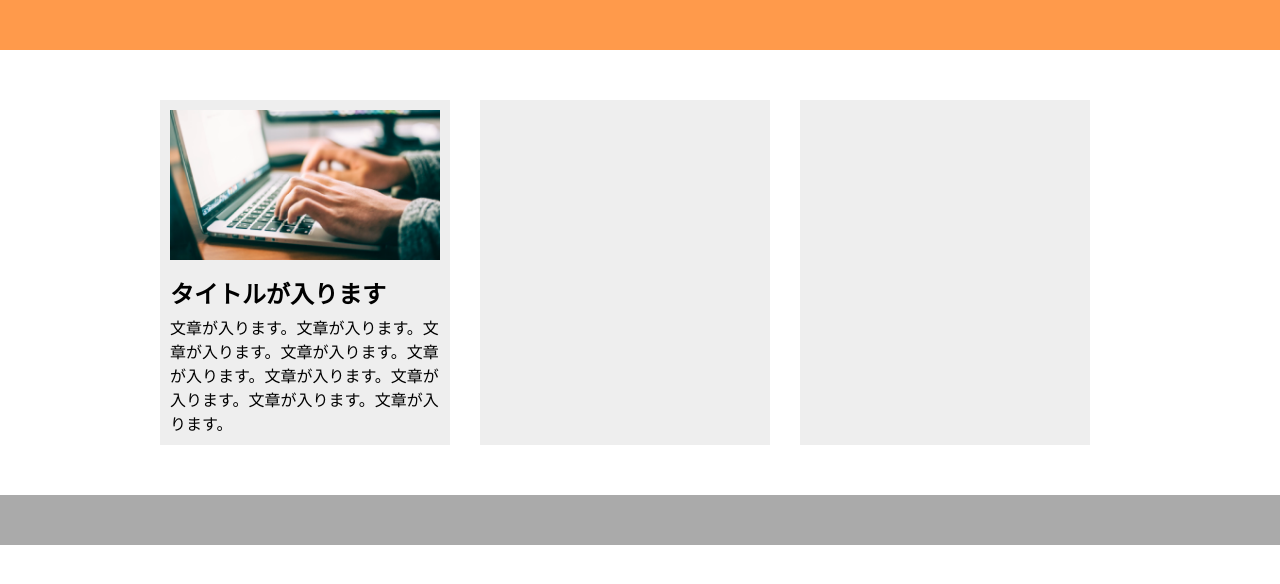
Repository: Takahiro620/dmmwebcamp
Page: enshu9/enshu9.html
The author's editor kept a record of every edit. The page is drawn from the files as they stood at one moment, then again after the next edit.
The browser window is 1280 px wide. The pictures show the whole page.

Above is the page before.

After the next edit:
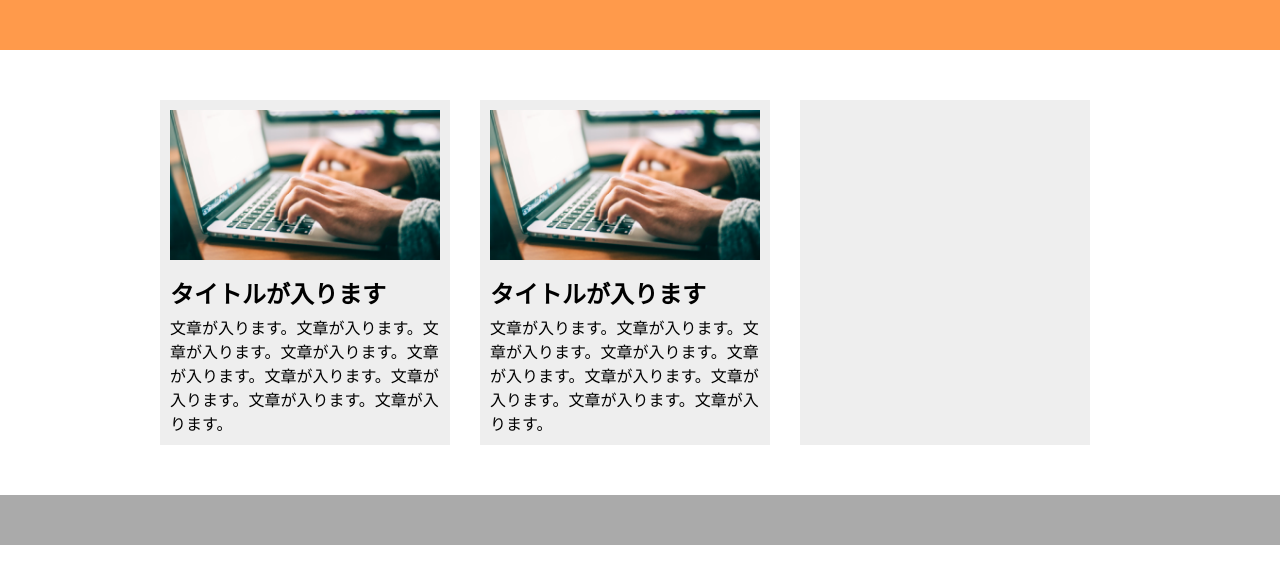
The edit:
--- a/enshu9/enshu9.html
+++ b/enshu9/enshu9.html
@@ -25,7 +25,9 @@
       </div>
 
       <div class="main-2">
-
+        <div class="image-1"></div>
+        <h2 class="title">タイトルが入ります</h2>
+        <p class="text">文章が入ります。文章が入ります。文章が入ります。文章が入ります。文章が入ります。文章が入ります。文章が入ります。文章が入ります。文章が入ります。</p>
       </div>
 
       <div class="main-3">
